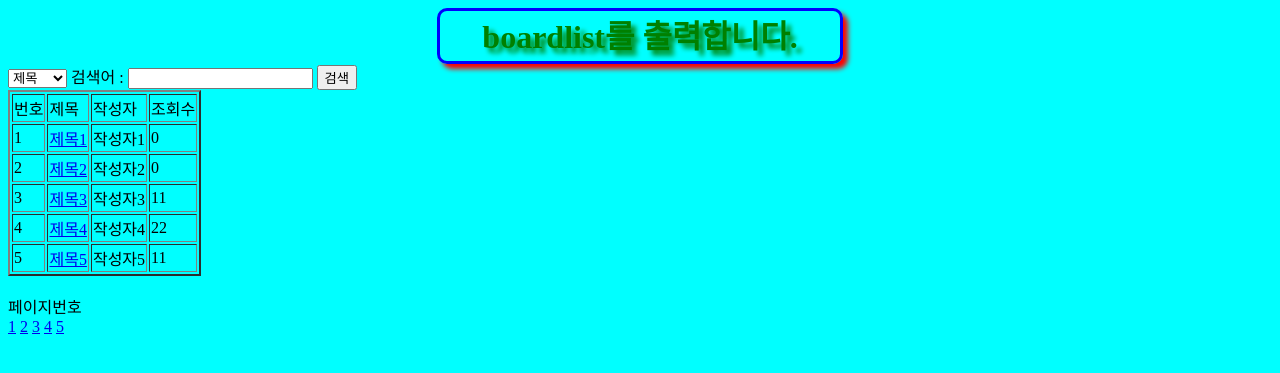
Repository: Pang-Ho/TIL
Page: JavaScript/workspace_web/htmltest/WebContent/boardlist.html
These files come from the project's save history. The page is drawn as it stood at one moment and after the next save; the edit follows.
The browser window is 1280 px wide. The pictures show the whole page.

Above is the page before, as saved 2021-08-20 08:39:58.

### JavaScript/workspace_web/htmltest/WebContent/boardlist.html
<!DOCTYPE html>
<html>
<head>
<meta charset="UTF-8">
<title>Insert title here</title>
<style type="text/css">
	body{
	background-color: aqua;
	}
	h1{
	color : green;
	width : 400px;
	margin:auto;
	text-align:center;
	text-shadow : 5px 5px 5px green;
	box-shadow : 5px 5px 5px red;
	height : 50px;
	border : solid blue;
	border-radius: 10px 10px 10px 10px;
	}
</style>

</head>
<body>
	<h1>boardlist를 출력합니다.</h1>
	<form action="boardsearch.html">
		<select>
			<option>제목</option>
			<option>내용</option>
			<option>작성자</option>
		</select>
		검색어 : <input type="search">
		<input type="submit" value=검색>
	</form>
	<table border=2>
		<tr> <td>번호</td> <td>제목</td> <td>작성자</td> <td>조회수</td> </tr>
		<tr> <td>1</td> <td><a href="boarddetail.html">제목1</a></td> <td>작성자1</td> <td>0</td> </tr>
		<tr> <td>2</td> <td><a href="boarddetail.html">제목2</a></td> <td>작성자2</td> <td>0</td> </tr>
		<tr> <td>3</td> <td><a href="boarddetail.html">제목3</a></td> <td>작성자3</td> <td>11</td> </tr>
		<tr> <td>4</td> <td><a href="boarddetail.html">제목4</a></td> <td>작성자4</td> <td>22</td> </tr>
		<tr> <td>5</td> <td><a href="boarddetail.html">제목5</a></td> <td>작성자5</td> <td>11</td> </tr>
	</table>
	<br>페이지번호<br>
	<a href="boardlist.html">1</a>
	<a href="boardlist.html">2</a>
	<a href="boardlist.html">3</a>
	<a href="boardlist.html">4</a>
	<a href="boardlist.html">5</a>

</body>
</html>

After the next save:
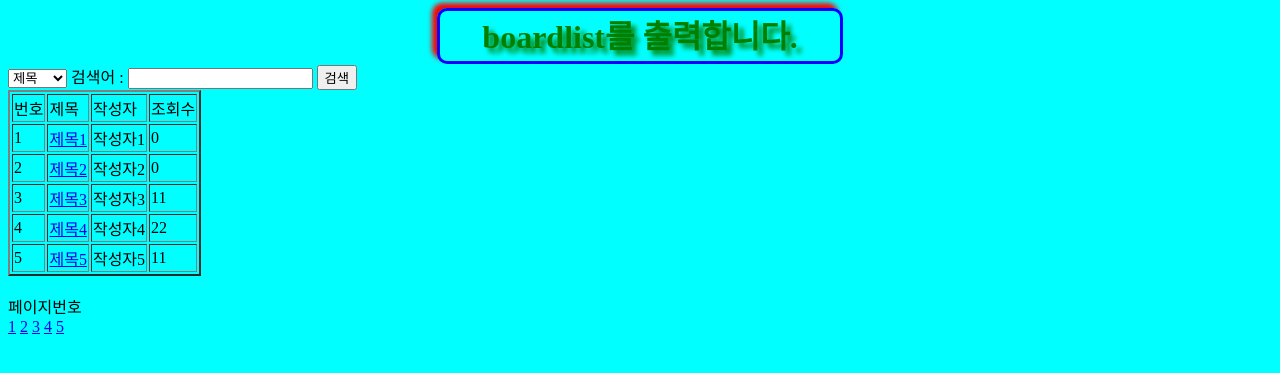
Saved 6 s later.
--- a/JavaScript/workspace_web/htmltest/WebContent/boardlist.html
+++ b/JavaScript/workspace_web/htmltest/WebContent/boardlist.html
@@ -13,7 +13,7 @@
 	margin:auto;
 	text-align:center;
 	text-shadow : 5px 5px 5px green;
-	box-shadow : 5px 5px 5px red;
+	box-shadow : -5px -5px 5px red;
 	height : 50px;
 	border : solid blue;
 	border-radius: 10px 10px 10px 10px;
